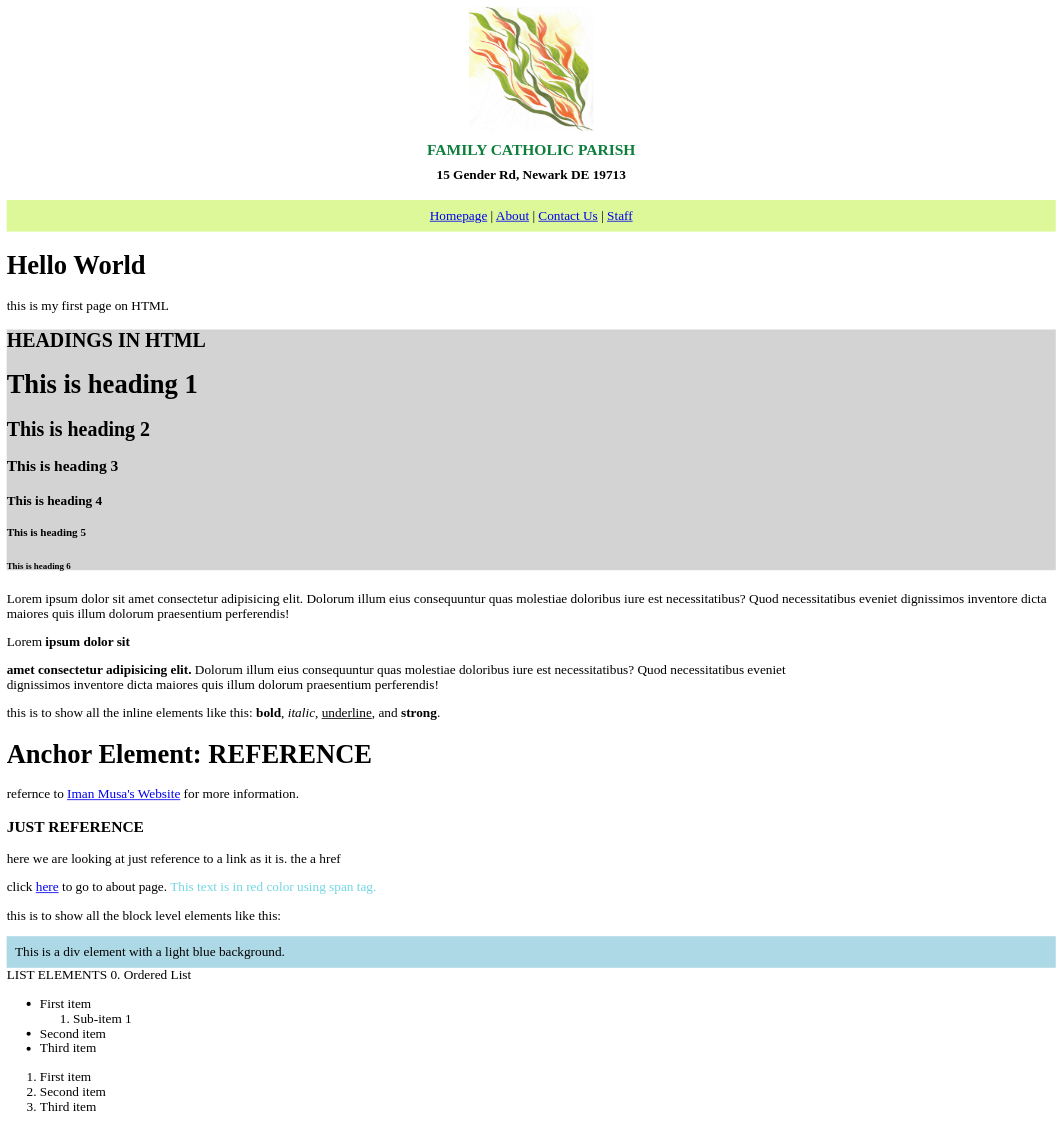
Repository: ficotims/HTML-RESTART
Page: Homepage.html
The author's editor kept a copy of each file at every save. The page is drawn from the files as they stood at one save, then again after the next save.
The browser window is 1280 px wide. The pictures show the whole page, at 83% of full size.

Above is the page before, as saved 2026-02-03 06:39:36.

### Homepage.html
<!doctype html>
<html lang="en">
  <head>
    <meta charset="UTF-8" />
    <meta name="viewport" content="width=device-width, initial-scale=1.0" />
    <title>HTML Crash course with Iman Musa</title>
  </head>
  <body>
    <div style="text-align: center;">
      <img
        src="images/The Burning Bush.jpg"
        alt="Catholic Church Logo"
        width="150"
        height="150"
      />
    <h3><span style="color: rgb(14, 126, 61);"><div style="line-height: 0;">FAMILY CATHOLIC PARISH</b></span></h3>
    <H4>15 Gender Rd, Newark DE 19713</H4></div>
    <!-- NAVIGATION SECTION -->
     <div style="background-color: rgb(220, 248, 153); padding: 10px; text-align: center;">
    <a href="Homepage.html" target="_top">Homepage</a> |
    <a href="about.html">About</a> | <a href="Contact us.html">Contact Us</a> |
    <a href="staff.html">Staff</a>
     </div>

    <h1>Hello World</h1>
    <p>this is my first page on HTML</p>
    <!-- this is a comment and will not appear on the screen/ page -->
    <!-- let us introduce the headings -->
    <div style="background-color: lightgray; padding: px; text-align: left">
      <h2>HEADINGS IN HTML</h2>
    <h1>This is heading 1</h1>
    <h2>This is heading 2</h2>
    <h3>This is heading 3</h3>
    <h4>This is heading 4</h4>
    <h5>This is heading 5</h5>
    <h6>This is heading 6</h6>
    </div>

    <!-- thi is for paragraphs now -->
    <p>
      Lorem ipsum dolor sit amet consectetur adipisicing elit. Dolorum illum
      eius consequuntur quas molestiae doloribus iure est necessitatibus? Quod
      necessitatibus eveniet dignissimos inventore dicta maiores quis illum
      dolorum praesentium perferendis!
    </p>

    <p>
      Lorem <b>ipsum dolor sit <div>amet consectetur adipisicing elit.</b> Dolorum
      illum eius consequuntur quas molestiae doloribus iure est necessitatibus?
      Quod necessitatibus eveniet </div>dignissimos inventore dicta maiores quis illum
      dolorum praesentium perferendis!
    </p>


    <!-- this is for inline leve elements -->

    <p>
      this is to show all the inline elements like this: <b>bold</b>,
      <i>italic</i>, <u>underline</u>, and <strong>strong</strong>.
      <br />

      <!-- using the other inline elements: Anchor Elements (which are just links) -->
    </p>
    <h1>Anchor Element: REFERENCE</h1>
    refernce to
    <a href="https://www.google.com" target="_blank">Iman Musa's Website</a> for
    more information.
    <h3>JUST REFERENCE</h3>
    <p>here we are looking at just reference to a link as it is. the a href</p>
    click <a href="about.html" target="_blank">here</a> to go to about page.

    <!-- SPAN ELEMENT -->
    <span style="color: rgba(31, 190, 211, 0.63)">This text is in red color using span tag.</span>
    <p>
      <!-- now let us introduce the block level elements -->
      this is to show all the block level elements like this:
    </p>

    <div style="background-color: lightblue; padding: 10px">
      This is a div element with a light blue background.
    </div>

    <!-- this is LIST -->
<hi2>LIST ELEMENTS</h2>

    0. Ordered List

    <ul>
      <li>First item</li>
      <ol><li>Sub-item 1</li></ol>
      <li>Second item</li>
      <li>Third item</li>
    </ul>

    <ol>
      <li>First item</li>
      <li>Second item</li>
      <li>Third item</li>
    </ol>
  </body>
</html>

After the next save:
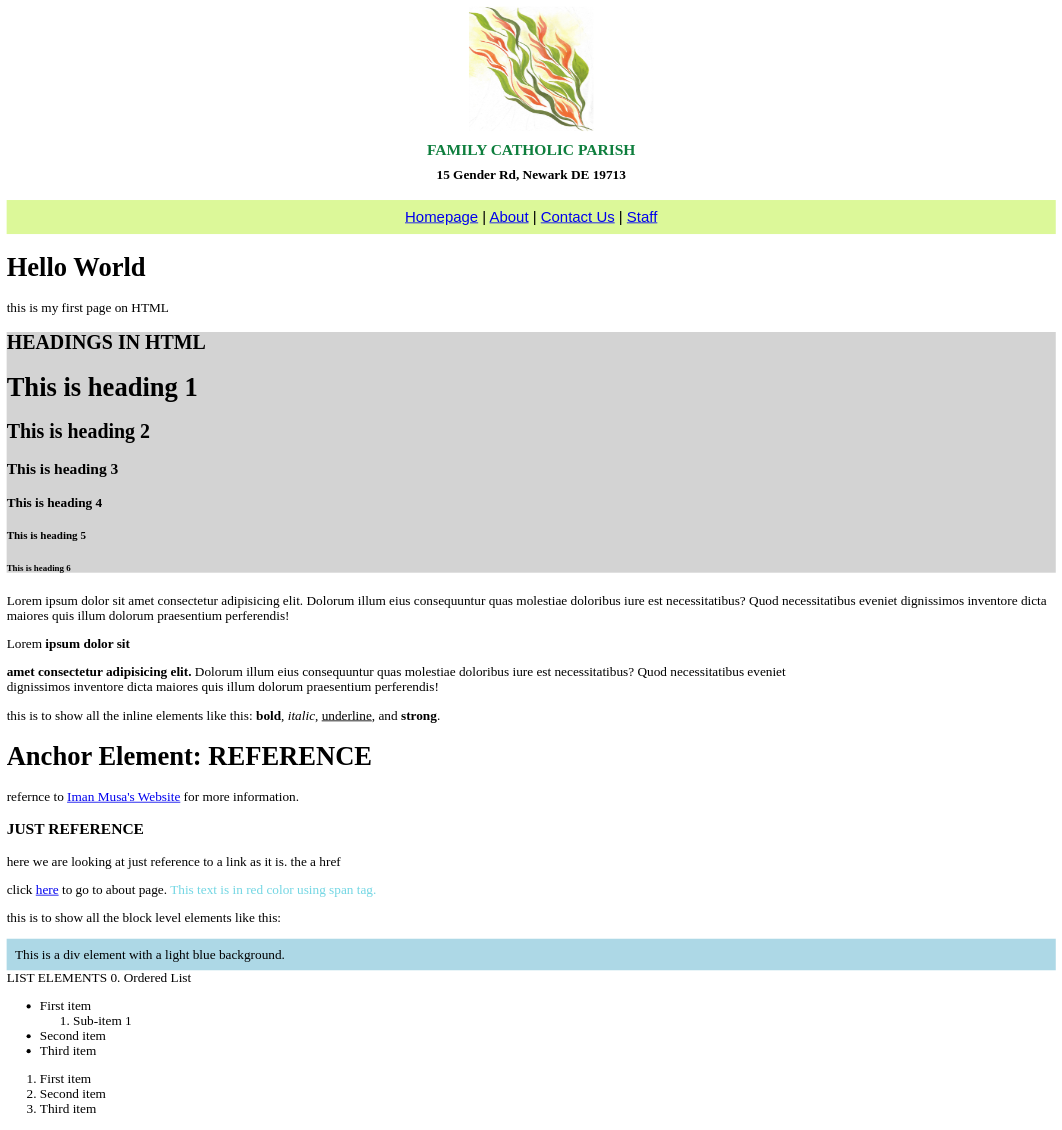
Saved 9 min 56 s later.
--- a/Homepage.html
+++ b/Homepage.html
@@ -16,7 +16,7 @@
     <h3><span style="color: rgb(14, 126, 61);"><div style="line-height: 0;">FAMILY CATHOLIC PARISH</b></span></h3>
     <H4>15 Gender Rd, Newark DE 19713</H4></div>
     <!-- NAVIGATION SECTION -->
-     <div style="background-color: rgb(220, 248, 153); padding: 10px; text-align: center;">
+     <div style="background-color: rgb(220, 248, 153); padding: 10px; text-align: center; font-size: 18px; font-family: Arial, sans-serif;">
     <a href="Homepage.html" target="_top">Homepage</a> |
     <a href="about.html">About</a> | <a href="Contact us.html">Contact Us</a> |
     <a href="staff.html">Staff</a>
